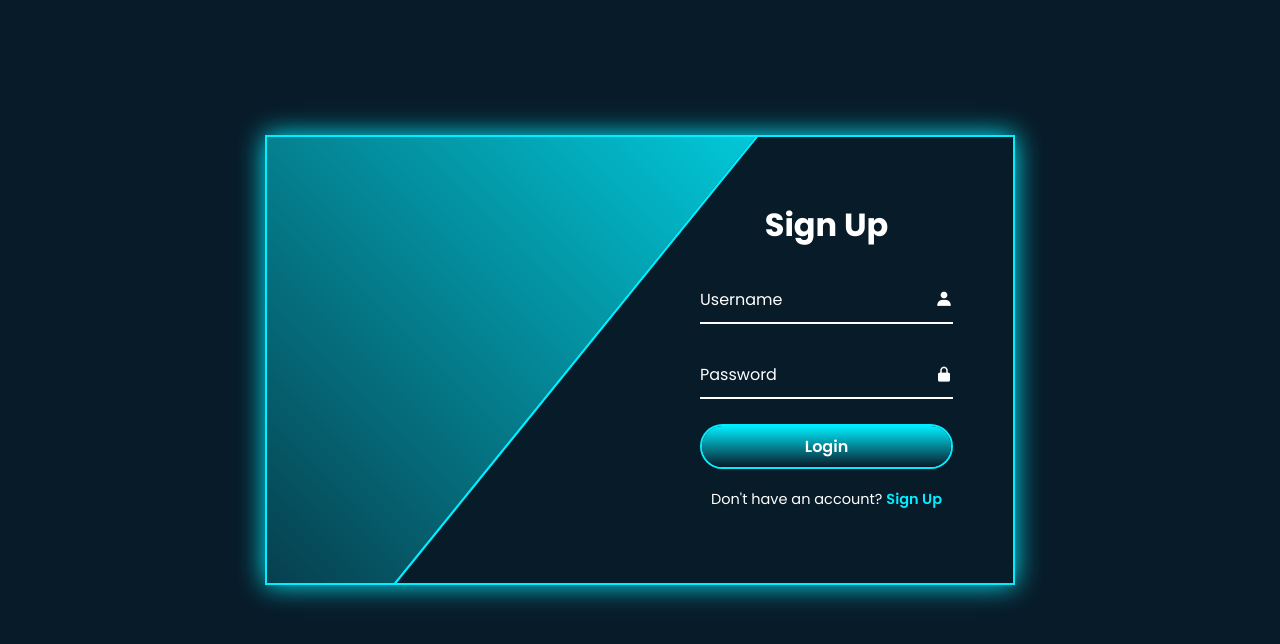
Repository: swastikjhacoder/Login-Registration-HTML
Page: index.html
These files come from the project's save history. The page is drawn as it stood at one moment and after a run of saves; the edit follows.
The browser window is 1280 px wide. The pictures show the whole page.

Above is the page before, as saved 2023-09-18 15:58:49.
Not found: js/toastify.js

After the next 2 saves:
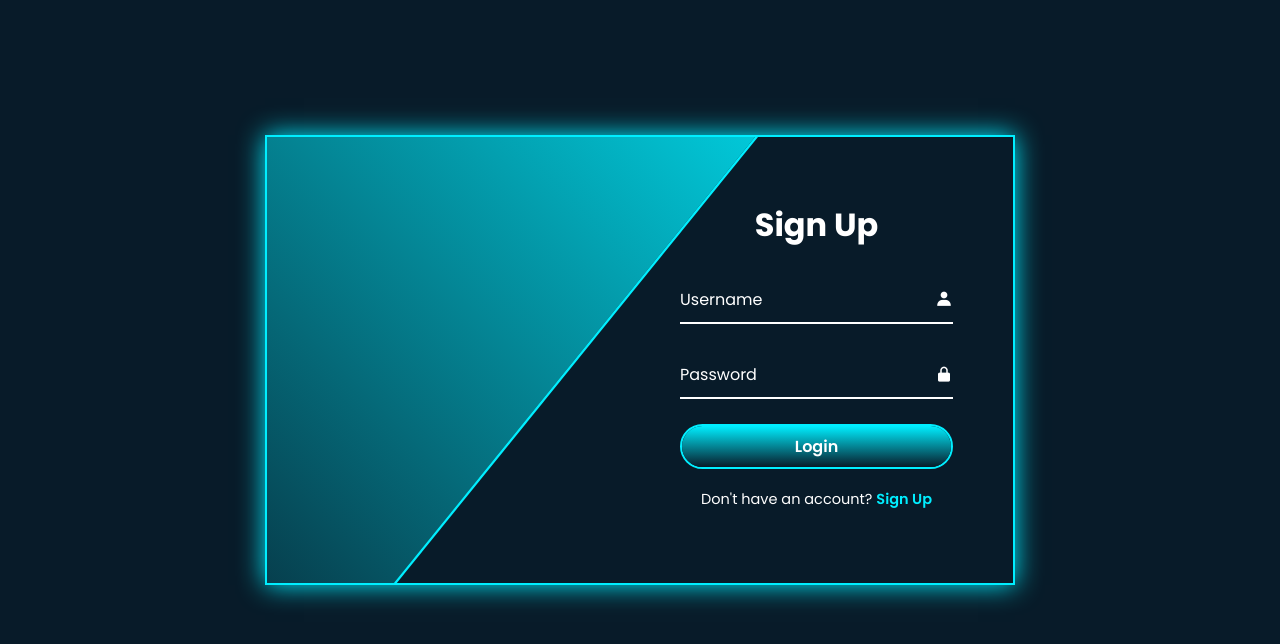
The 2 saves are shown as one change because they came seconds apart.
The last was saved 6 s later.
--- a/style.css
+++ b/style.css
@@ -43,7 +43,7 @@ body {
 
 .wrapper .form-box.register {
     right: 0;
-    padding: 0 60px ;
+    padding: 0 60px 0 40px;
 }
 
 .form-box h2 {
